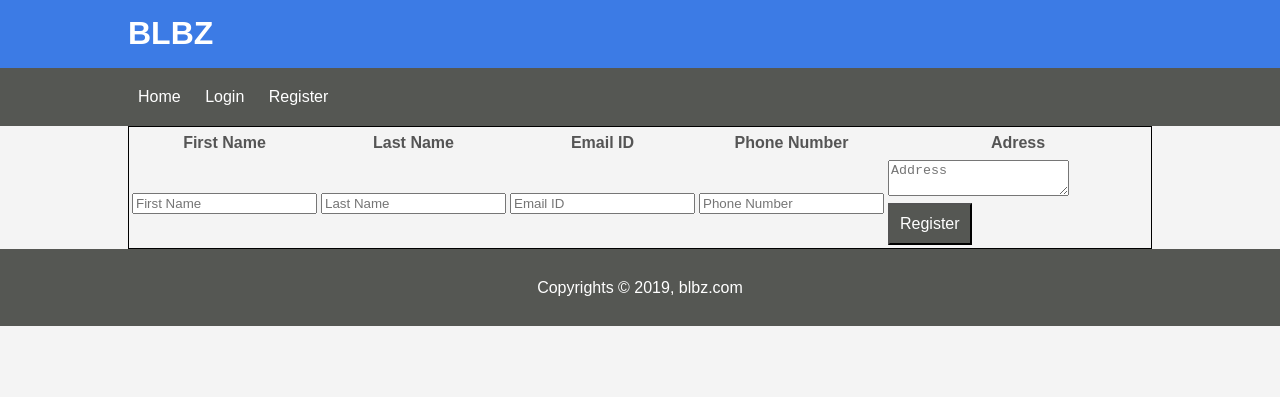
Repository: Kutty39/WebApps
Page: http://localhost/WebPageApp1/editpage.jsp
An editor plug-in stored every save of this project. The page is shown before and after the next save, followed by the edit.
The browser window is 1280 px wide. The pictures show the whole page.
The page is served by Tomcat 9. Other server files are loaded and not shown.

Above is the page before, as saved 2019-12-09 13:21:07.

### LoginRegistrationPage/WebPageApp1/src/main/webapp/editpage.jsp
<%@ page language="java" contentType="text/html; charset=UTF-8"
	pageEncoding="UTF-8"%>
<!DOCTYPE html>
<html>
<head>
<title>My Page</title>
<link href="CSS/mycss.css" rel="stylesheet" type="text/css">
<script
	src="https://ajax.googleapis.com/ajax/libs/jquery/3.4.1/jquery.min.js"></script>
<script src="JS/myjs.js"></script>
</head>
<body>
	<header class="head">
		<div class="container">
			<h1>BLBZ</h1>
		</div>
	</header>
	<nav class="nav-bar">
		<div class="container">
			<ul>
				<li><a class="button home">Home</a></li>
				<li><a class="button login">Login</a></li>
				<li><a class="button register">Register</a></li>
				<li><a class="button data" hidden>Date Tab</a></li>
				<li><a class="button userprof" hidden>User Profile</a></li>
				<li><a class="button logout" hidden>Log Out</a></li>
			</ul>
		</div>
	</nav>
	<section class="main">
		<div id="ajx" class="container">
			<table style="border-style:solid;border-color: black;border-width:0.1em;box-sizing: border-box;table-layout: auto;">
				<tr>
					<th>First Name</th>
					<th>Last Name</th>
					<th>Email ID</th>
					<th>Phone Number</th>
					<th>Adress</th>
				</tr>
				<tr>
					<td><input type="text" name="fname" placeholder="First Name"
						required="required"></td>
					<td><input type="text" name="lname" required="required"
						placeholder="Last Name"></td>
					<td>
						<p class="hd-lbl eid" hidden>*Mandatory field</p> <input
						type="text" id="eid" name="eid" required="required"
						placeholder="Email ID">
					</td>
					<td>
						<p class="hd-lbl phn" hidden>*Mandatory field</p> <input
						type="text" name="phn" required="required"
						placeholder="Phone Number">
					</td>
					<td><textarea name="adrs" required="required"
							placeholder="Address"></textarea> <input id="regBtn"
						class="button" type="submit" value="Register"></td>
				</tr>
			</table>
		</div>
	</section>
	<footer>
		<div class="container">Copyrights &copy; 2019, blbz.com</div>
	</footer>
</body>
</html>

### LoginRegistrationPage/WebPageApp1/src/main/webapp/CSS/mycss.css
@charset "UTF-8";
*{
	box-sizing: border-box;}
body {
	background-color: #f4f4f4;
	color: #555;
	font-family: Arial, Helvetica, sans-serif;
	font-size: 16px;
	line-height: 1.6em;
	margin: 0;
	background-color: #f4f4f4;
}

p.hd-lbl {
	padding: 0;
	margin: 0;
	width: 100%;
	font-family: monospace;
	line-height: 1rem;
}

.hd-lbl {
	color: red;
	font-size: 0.7rem;
}

.container {
	width: 80%;
	margin: auto;
	overflow: hidden;
}

.form-header {
	text-align: center;
	width: 100%;
	margin: auto;
	margin-bottom: 1em;
	padding: 1px;
	background-color: #f57900;
}

.form-container, .out-container {
	width: 50%;
	background-color: white;
	margin: auto;
	overflow: hidden;
	border: 1rem #ccc solid;
	padding: 2em;
}

.button {
	background-color: #555753;
	padding: 10px;
	color: white;
	font-size: 1em;
}

.my-form input[type="text"], .my-form textarea, .my-form input[type="password"]
	{
	width: 100%;
	padding: 0.5rem;
	margin-bottom: 0.5rem;
	font-size: 1em;
	box-sizing: border-box
}

.head {
	background: #3c7be5;
}

.head h1 {
	color: white;
}

.nav-bar {
	background-color: #555753;
}

.nav-bar ul {
	padding-left: 0;
	list-style: none;
	text-decoration: none;
	list-style: none;
}

.nav-bar li {
	display: inline;
}

.nav-bar a {
	text-decoration: none;
}

.nav-bar a:hover {
	background: white;
	color: black;
}

footer {
	background-color: #555753;
	color: white;
	text-align: center;
	padding: 2%;
}

@media ( max-width : 600px) {
	nav, article {
		width: 100%;
		height: auto;
	}
}
/* body{
	font: bold 100% Arial,Helvetica,sans-serif;
}
.btn {
	border-radius: 15px;
	padding: 5px;
	background: aqua;
}

.btn:hover {
	background-color: buttonface;
}

.box-1 {
	text-align:center;
	border-radius: 5px;
	background-color: #f2f2f2;
	padding: 5%;
	margin: auto;
	width: 80%
}
.box-1 h2{
	text-transform: capitalize;
	letter-spacing: 0.1em;
} */

### LoginRegistrationPage/WebPageApp1/src/main/webapp/JS/myjs.js
$(document).ready(function() {
	// this will bind the method for currently available elements
	$("a.button").click(loadpage);
	// this on method will bind the methods to future elements
	$("#ajx").on("blur","input[type!='submit']",($(this), mandChecker));
	$("#ajx").on("keyup","input[type!='submit']",($(this), mandChecker));
	$("#ajx").on("blur","#eid",check);
	$("#ajx").on("blur","#usr",check);
	$("#ajx").on("submit","#regForm",function(e){
		var s=true;
			$("p.hd-lbl").each(function() {
				if (this.style.display === "block") {
					s=false;
				}
			});
			if(s){
			$.ajax({
				type : "POST",
				url : "regestration",
				data :$("#regForm").serialize(),
				success : function(msg) {
					$("#ajx").html(msg);
				},
				dataType : "html"
			});
			}
			e.preventDefault();
	});


	$("#ajx").on("submit","#lgnForm",function(e){
		var s=true;
		$("#errormsg").hide();
		$("#successmsg").hide();
			$("p.hd-lbl").each(function() {
				if (this.style.display === "block") {
					s=false;
				}
			});
			if(s){
				$.post("login",$("#lgnForm").serialize(),function(msg) {
					if(msg.search("Login")<0){
						lognaction();}
						$("#ajx").html(msg);
					});
				}
		e.preventDefault();
	});


	$("#ajx").on("submit","#profForm",function(e){
		let s = true;
		$("p.hd-lbl").each(function() {
			if (this.style.display === "block") {
				s=false;
				return;
			}
		});
		if(s){
			$.post("update",$("#profForm").serialize(),function(msg) {
				alert(msg);
			});
		}
		 e.preventDefault();
	});

});

function lognaction(){
	$("a.button").each(function(){
		if($(this).attr('class').indexOf("home")<=0){
		$(this).toggle();}
	});
}
function logconfirm(){
	$("a.button.login").hide()
	$("a.button.register").hide();
	$("a.button.userprof").show();
	$("a.button.logout").show();
}


function loadpage() {
	var cls = $(this).attr("class").replace("button ","");
	console.log(cls.replace("button ",""));
	$.ajax({
		type : "post",
		url : "switchpage",
		data : {"page" : cls},
		success : function(msg) {
			if(cls=="logout"){
				lognaction();
			}
			$("#ajx").html(msg);
		},
		dataType : "html"
	});
}

function check(){
	var obj=$(this);
	if(obj!=null){
	$.ajax({
		type : "post",
		url : "validate",
		data : {"email":obj.val()},
		success : function(msg) {
			if(msg==="true"){
				if(obj.attr("name")==="eid"){
				$(".hd-lbl.eid").text("*Email alread exists.");
				$(".hd-lbl.eid").show();
				}if(obj.attr("name")==="username"){
					$(".hd-lbl.username").hide();
				}
			}else{
				if(obj.attr("name")==="username"){
					$(".hd-lbl.username").text("*Email is not exists. please register and come back");
					$(".hd-lbl.username").show();
				}else if(obj.attr("name")==="eid"){
					$(".hd-lbl.eid").hide();
				}
			}
		}
	});
	}
}

function mandChecker(element) {
	var val = element.target.value;
	var name = element.target.name;
	var obj = $(".hd-lbl." + name);
	if (val === "") {
		obj.show();
	} else {
		obj.show();
		var regx = "";
		if (name === "phn") {
			regx = /^\d{10}$/;
			if (regx.test(val)) {
				obj.hide();
			} else {
				obj.text("* Phone number should be 10 digit");
			}
		} else if (name === "eid") {
			regx = /^[a-zA-z\d._-]+\@[a-zA-Z\d.-]+\.[a-zA-Z]{2,4}$/;
			if (regx.test(val)) {
				obj.hide();
			} else {
				obj.text("* Please enter valid email.");
			}
		} else if (name === "pas") {
			regx = /^((?=.*[a-z])(?=.*[A-Z])(?!.*\s)(?=.*[@$!%*?&])).{8,15}$/;
			if (regx.test(val)) {
				obj.hide();
			} else {
				obj.show();
			}
		} else if (name === "conpas") {
			var ps = $("input[name='pas']").val();
			if (val === ps) {
				obj.hide();
			} else {
				obj.show();
			}
		} else {
			obj.hide();
		}
	}
}

After the next save:
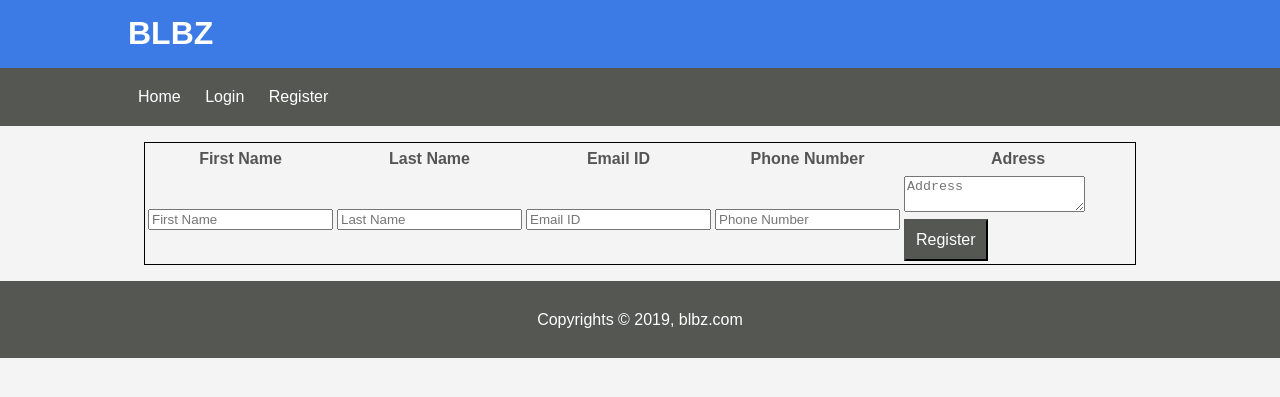
Saved 26 s later.
--- a/LoginRegistrationPage/WebPageApp1/src/main/webapp/editpage.jsp
+++ b/LoginRegistrationPage/WebPageApp1/src/main/webapp/editpage.jsp
@@ -29,7 +29,7 @@
 	</nav>
 	<section class="main">
 		<div id="ajx" class="container">
-			<table style="border-style:solid;border-color: black;border-width:0.1em;box-sizing: border-box;table-layout: auto;">
+			<table style="margin:1rem ; border-style:solid;border-color: black;border-width:0.1rem;box-sizing: border-box;table-layout: auto;">
 				<tr>
 					<th>First Name</th>
 					<th>Last Name</th>
